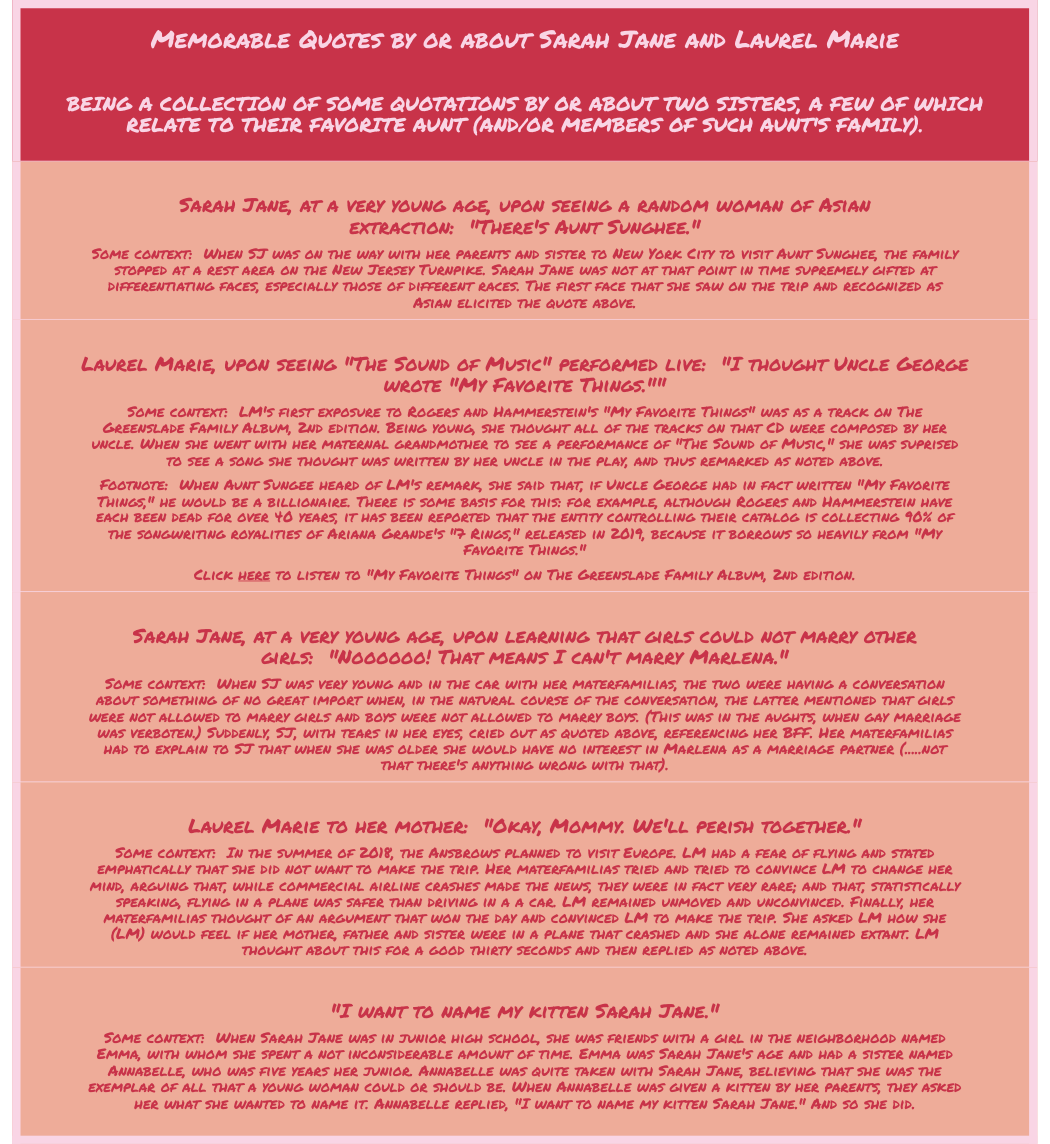
Repository: George2916/Sarah-Jane-and-Laurel-Marie
Page: quotes.html
The author's editor kept a record of every edit. The page is drawn from the files as they stood at one moment, then again after the next edit.
The browser window is 1280 px wide. The pictures show the whole page, at 82% of full size.

Above is the page before.
Console error: TypeError: Cannot read properties of null (reading 'style')

After the next edit:
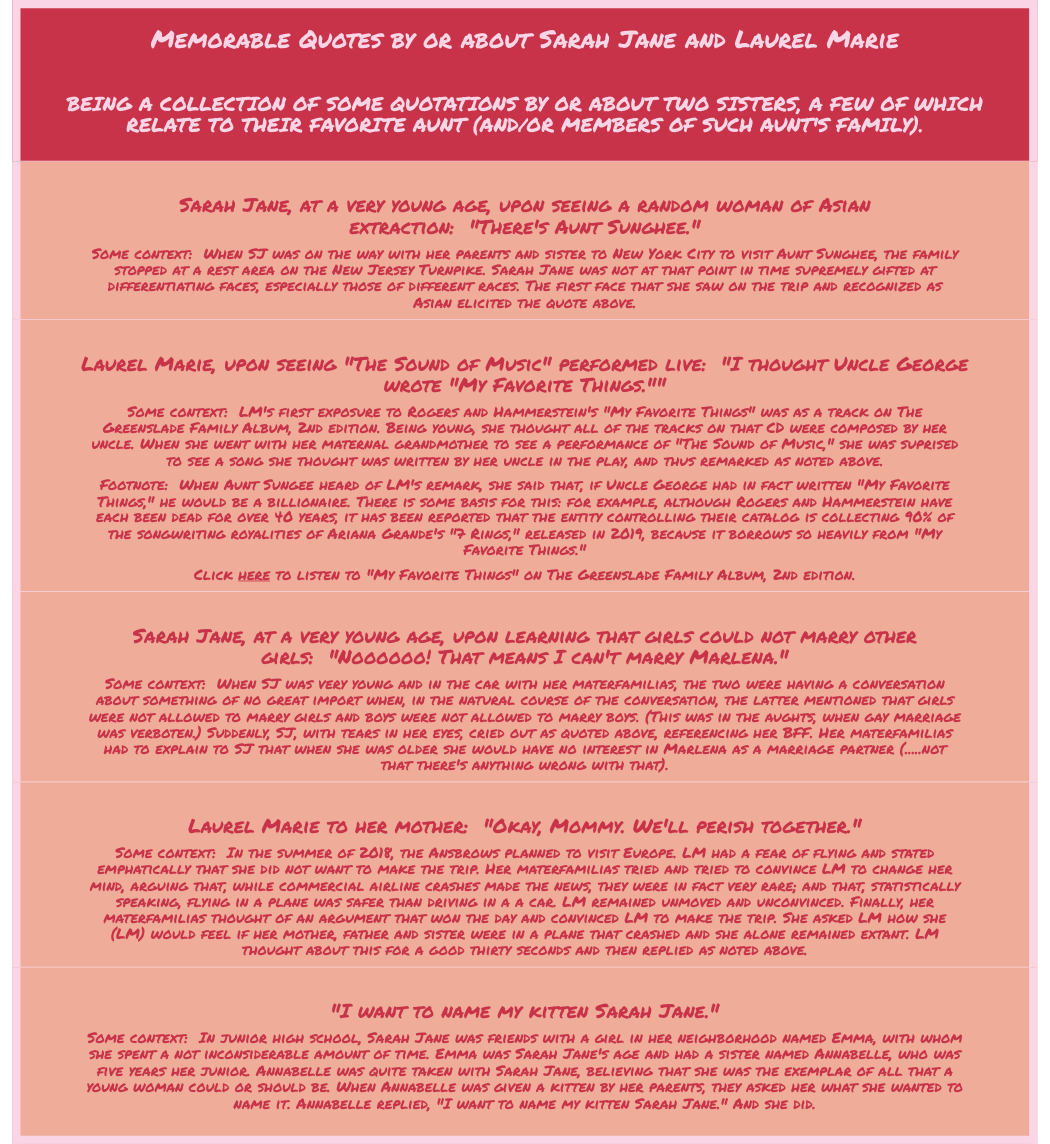
The edit:
--- a/quotes.html
+++ b/quotes.html
@@ -80,7 +80,7 @@
 
       <div class="col-xs-12">
         <h3 class="qText1">"I want to name my kitten Sarah Jane."</h3>
-        <h4 class="qText2">Some context:&nbsp;&nbsp;When Sarah Jane was in junior high school, she was friends with a girl in the neighborhood named Emma, with whom she spent a not inconsiderable amount of time.  Emma was Sarah Jane's age and had a sister named Annabelle, who was five years her junior.  Annabelle was quite taken with Sarah Jane, believing that she was the exemplar of all that a young woman could or should be.  When Annabelle was given a kitten by her parents, they asked her what she wanted to name it.  Annabelle replied, "I want to name my kitten Sarah Jane." And so she did.</h4>
+        <h4 class="qText2">Some context:&nbsp;&nbsp;In junior high school, Sarah Jane was friends with a girl in her neighborhood named Emma, with whom she spent a not inconsiderable amount of time.  Emma was Sarah Jane's age and had a sister named Annabelle, who was five years her junior.  Annabelle was quite taken with Sarah Jane, believing that she was the exemplar of all that a young woman could or should be.  When Annabelle was given a kitten by her parents, they asked her what she wanted to name it.  Annabelle replied, "I want to name my kitten Sarah Jane." And she did.</h4>
       </div>
 
       </div><!--/fifth row-->
